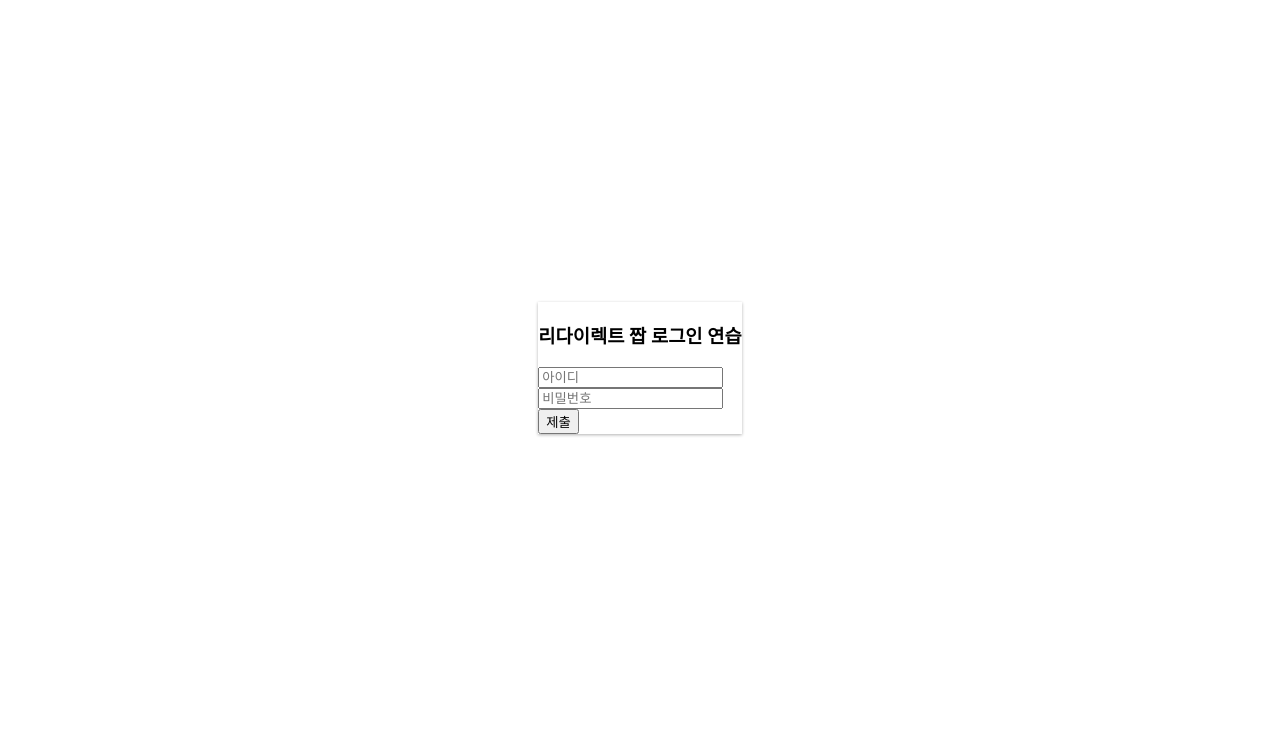
Repository: Muji1412/JSPstudy
Page: http://localhost/JSPbasic/response/Quiz01.jsp
An editor plug-in stored every save of this project. The page is shown before and after the next save, followed by the edit.
The browser window is 1280 px wide. The pictures show the whole page.
The page is served by Tomcat 9.

Above is the page before, as saved 2025-02-20 05:42:50.

After the next save:
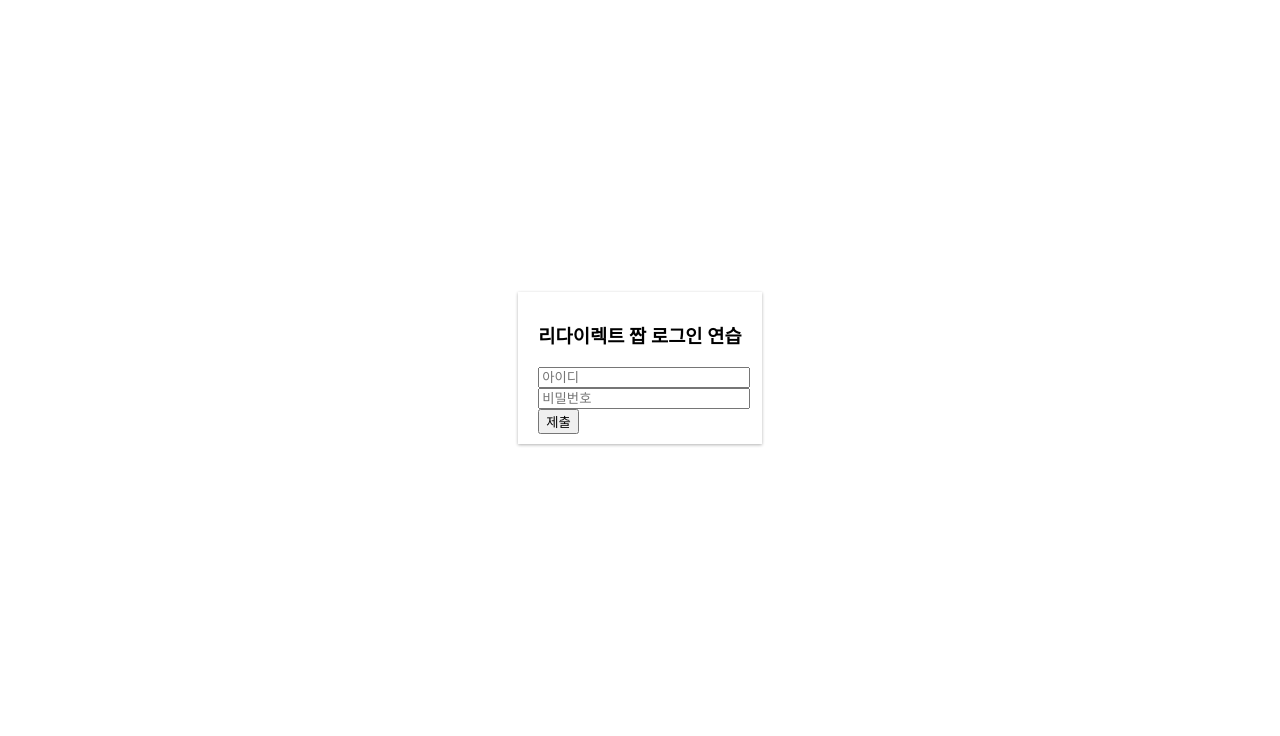
Saved 83 s later.
--- a/workspace/JSPbasic/src/main/webapp/response/Quiz01.jsp
+++ b/workspace/JSPbasic/src/main/webapp/response/Quiz01.jsp
@@ -16,7 +16,12 @@
 	}
 
 	.box{
-		box-shadow: 0 1px 3px rgba(0,0,0,0.3)
+		box-shadow: 0 1px 3px rgba(0,0,0,0.3);
+		padding:10px 20px;
+	}
+	.form-control{
+		width:100%;
+
 	}
 </style>
 </head>
